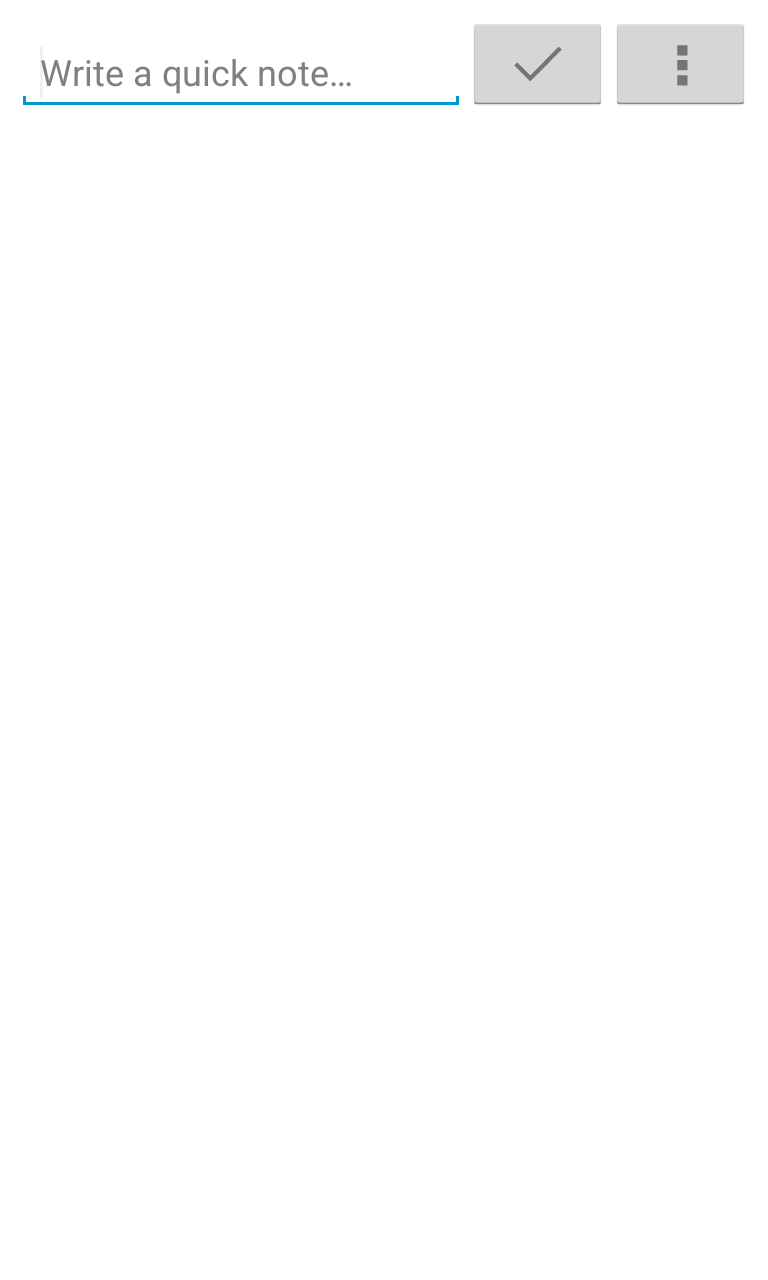
Repository: IrisAmp/fuzzy-octo-cmput301-proj
Layout: 301NotePrime/res/layout/activity_main.xml
An editor plug-in stored every save of this project. The layout is shown before and after the next save, followed by the edit.
It is drawn on a 768 x 1280 px phone screen (xhdpi) without system bars, with theme AppTheme; the app's code is not run. Lists and similar views that code fills are empty.

Above is the layout before, as saved 2014-09-17 14:57:25.

### 301NotePrime/res/layout/activity_main.xml
<RelativeLayout xmlns:android="http://schemas.android.com/apk/res/android"
    xmlns:tools="http://schemas.android.com/tools"
    android:layout_width="match_parent"
    android:layout_height="match_parent"
    android:padding="@dimen/activity_vertical_less_margin"
    tools:context=".MainActivity" >

    <LinearLayout
        android:id="@+id/linearLayout1"
        android:layout_width="wrap_content"
        android:layout_height="wrap_content"
        android:layout_alignParentLeft="true"
        android:layout_alignParentRight="true"
        android:layout_alignParentTop="true" >

        <EditText
            android:id="@+id/editText1"
            android:layout_width="wrap_content"
            android:layout_height="wrap_content"
            android:layout_weight="1"
            android:layout_gravity="bottom"
            android:ems="10"
            android:hint="@string/quick_note_hint"
            android:inputType="textMultiLine" >

            <requestFocus />
        </EditText>

        <ImageButton
            android:id="@+id/button1"
            android:contentDescription="@string/accessibility_accept_button"
            android:src="@drawable/ic_action_accept"
            android:layout_width="wrap_content"
            android:layout_height="wrap_content"
            android:layout_weight="1"
            android:layout_gravity="bottom" />

        <ImageButton
            android:id="@+id/button2"
            android:contentDescription="@string/accessibility_overflow_button"
            android:src="@drawable/ic_action_overflow"
            android:layout_width="wrap_content"
            android:layout_height="wrap_content"
            android:layout_weight="1"
            android:layout_gravity="bottom" />
    </LinearLayout>

    <ListView
        android:id="@+id/listView1"
        android:layout_width="match_parent"
        android:layout_height="wrap_content"
        android:layout_below="@+id/linearLayout1"
        android:layout_centerHorizontal="true"
        android:layout_marginTop="22dp" >
    </ListView>

</RelativeLayout>

### 301NotePrime/res/values/strings.xml
<?xml version="1.0" encoding="utf-8"?>
<resources>

    <string name="app_name">byue301NotePrime</string>
    <string name="action_settings">Settings</string>
    <string name="hello_world">Hello world!</string>

    <string name="quick_note_hint">Write a quick note&#8230;</string>

    <string name="accessibility_accept_button">Accept</string>
    <string name="accessibility_overflow_button">More</string>

</resources>

### 301NotePrime/res/values/colors.xml
<?xml version="1.0" encoding="utf-8"?>
<resources>

    <color name="default_bg" >#FFCCCCCC</color>

</resources>

Loaded but not shown: 301NotePrime/res/values/styles.xml (common file); 301NotePrime/res/values-v11/styles.xml (common file); 301NotePrime/res/values-v14/styles.xml (common file); 301NotePrime/res/values/dimens.xml (common file)

After the next save:
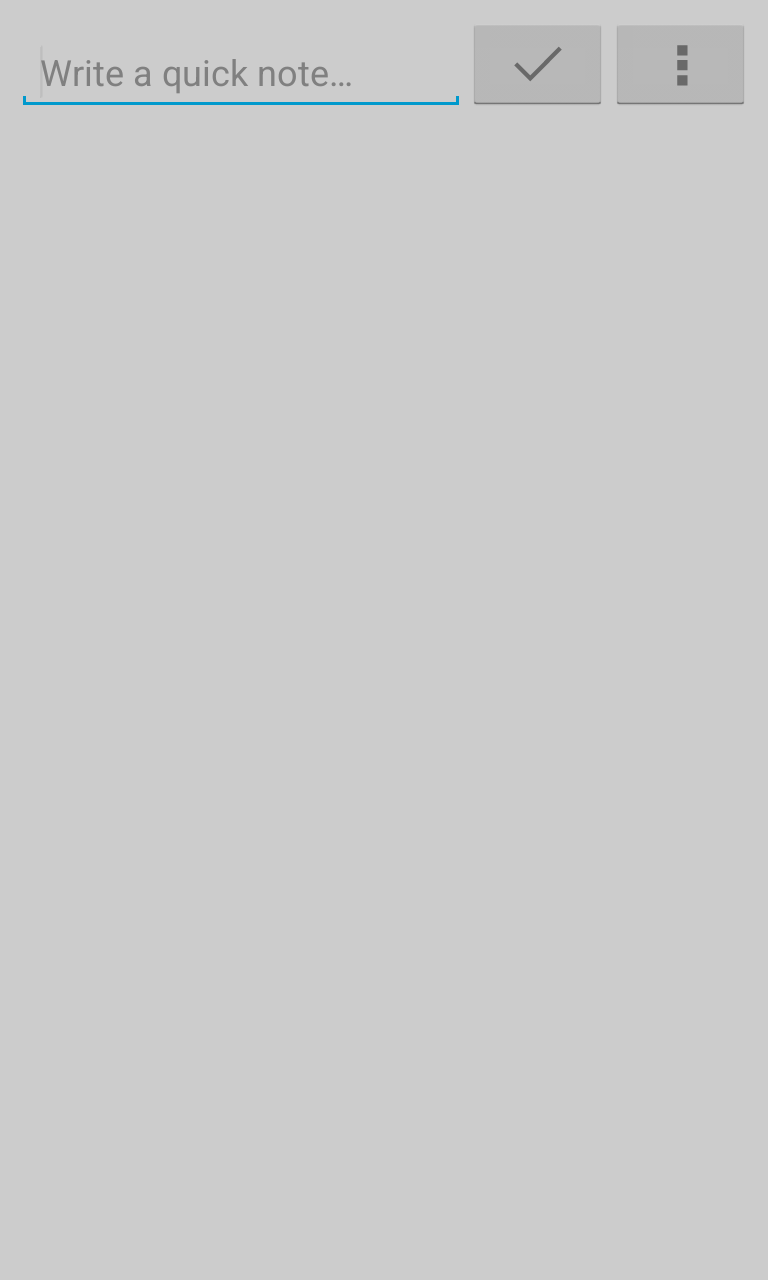
Saved 43 s later.
--- a/301NotePrime/res/layout/activity_main.xml
+++ b/301NotePrime/res/layout/activity_main.xml
@@ -3,6 +3,7 @@
     android:layout_width="match_parent"
     android:layout_height="match_parent"
     android:padding="@dimen/activity_vertical_less_margin"
+    android:background="@color/default_bg"
     tools:context=".MainActivity" >
 
     <LinearLayout

After the save that followed:
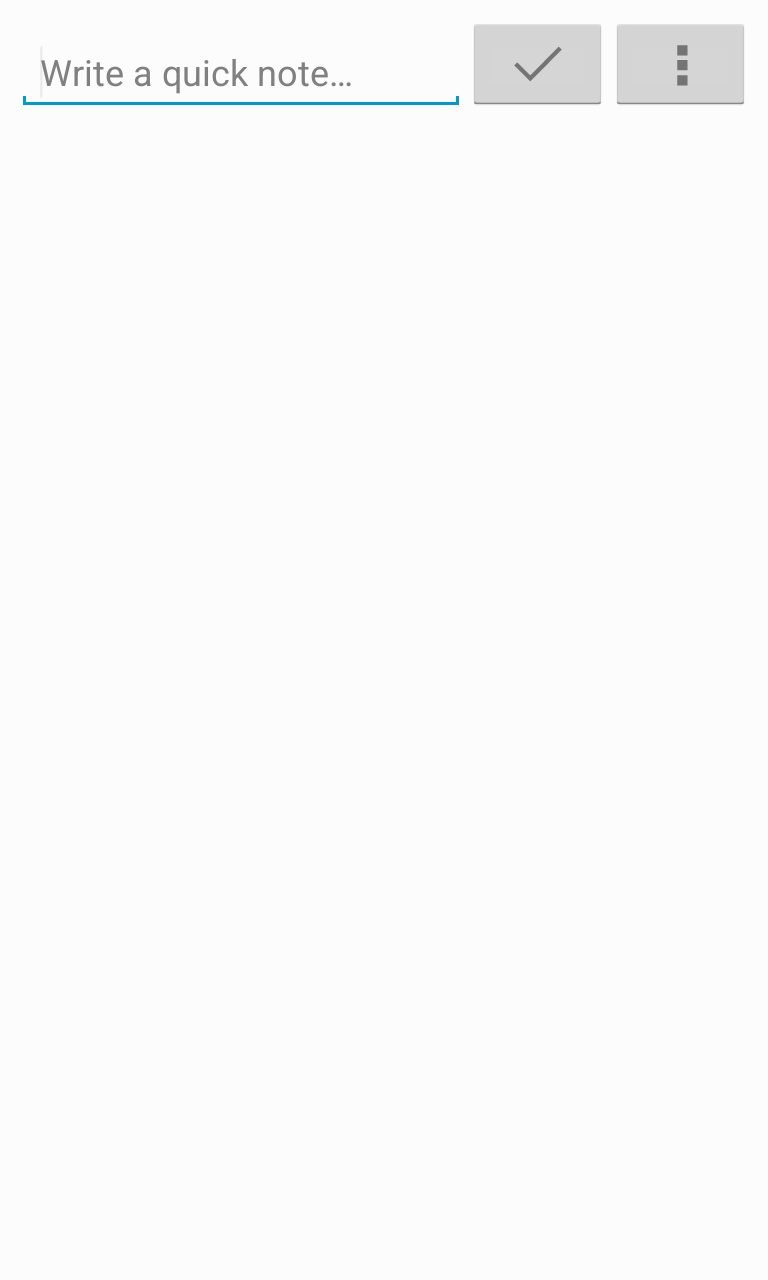
Saved 56 s later.
--- a/301NotePrime/res/values/colors.xml
+++ b/301NotePrime/res/values/colors.xml
@@ -1,6 +1,6 @@
 <?xml version="1.0" encoding="utf-8"?>
 <resources>
 
-    <color name="default_bg" >#FFCCCCCC</color>
+    <color name="default_bg" >#FFFCFCFC</color>
 
 </resources>
